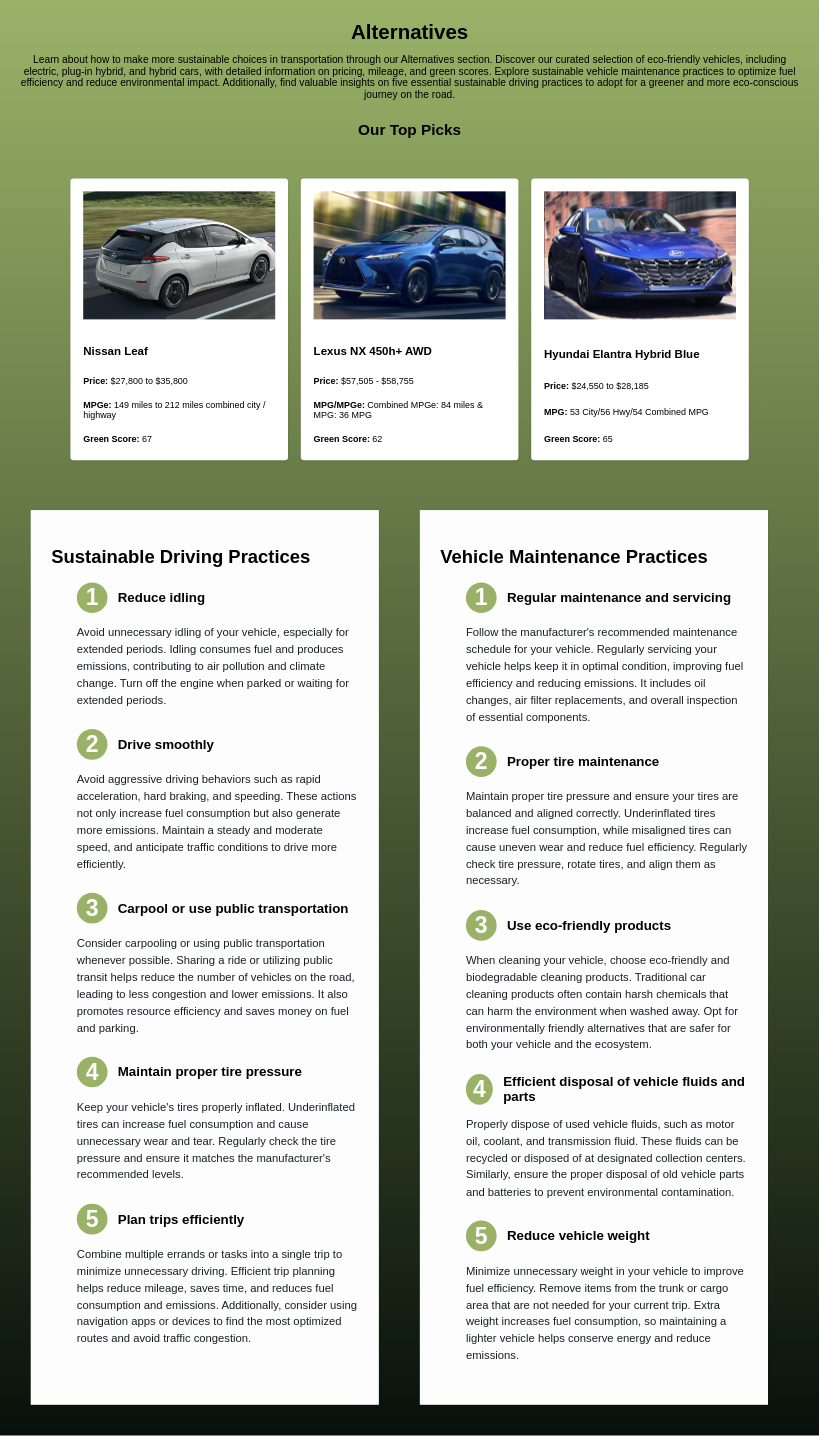
Repository: ericvpineda/eco_car_recognition
Page: project/templates/alternatives.html
The author's editor kept a copy of each file at every save. The page is drawn from the files as they stood at one save, then again after the next save.
The browser window is 1280 px wide. The pictures show the whole page, at 64% of full size.
The page is served by the project's application, run on Django 4.2 (manage.py). The template is opened directly, without the code that normally fills it, so the values that code supplies are empty.

Above is the page before, as saved 2023-04-29 15:39:05.

After the next save:
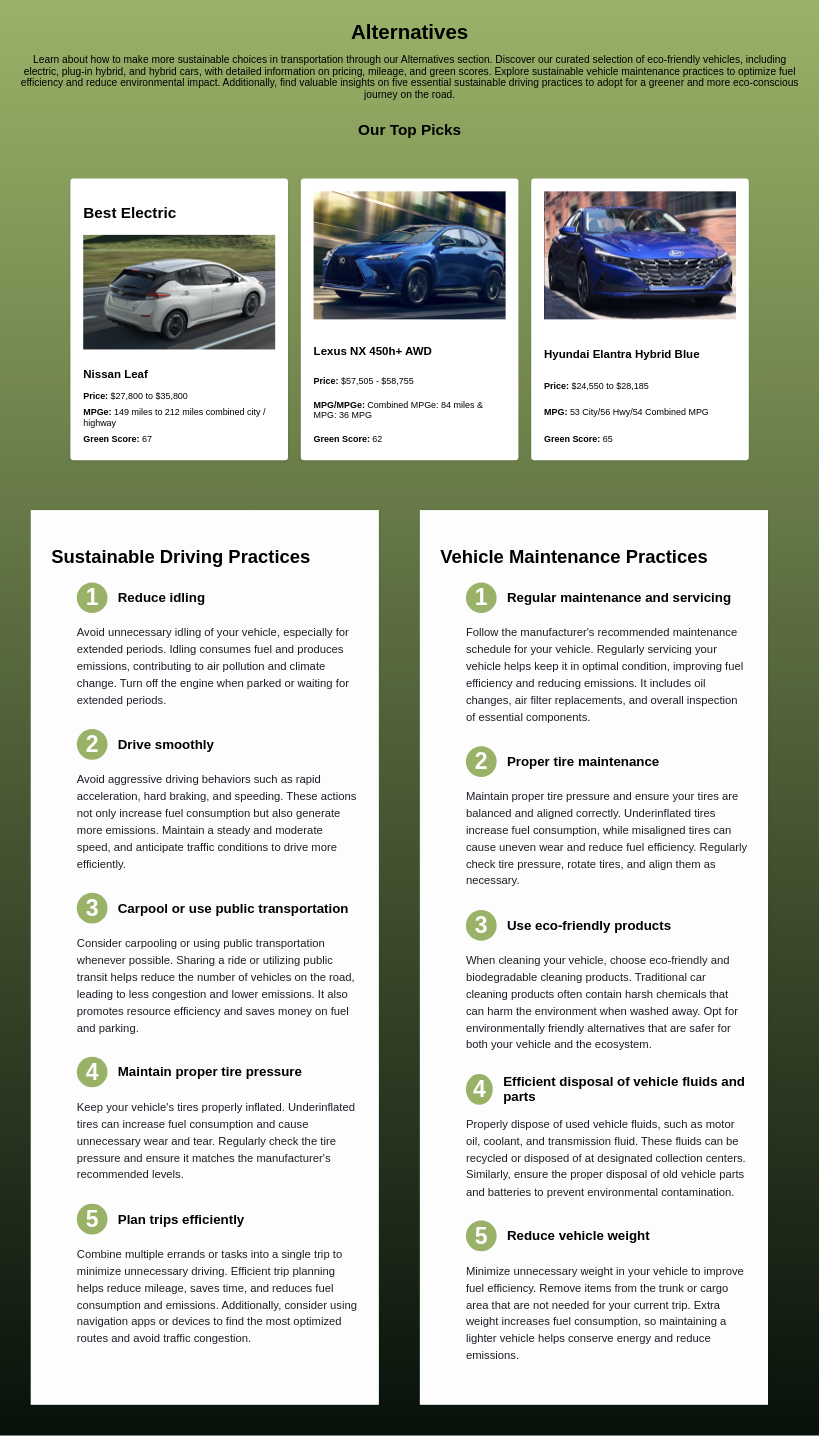
Saved 37 min 28 s later.
--- a/project/templates/alternatives.html
+++ b/project/templates/alternatives.html
@@ -14,6 +14,7 @@
   </div>
     <div class="featured-cars">
       <div class="car-tile">
+        <h2>Best Electric</h2>
         <img src="NissanLeaf.png" alt="Nissan Leaf">
         <h3>Nissan Leaf</h3>
         <p><b>Price:</b> $27,800 to $35,800</p>
